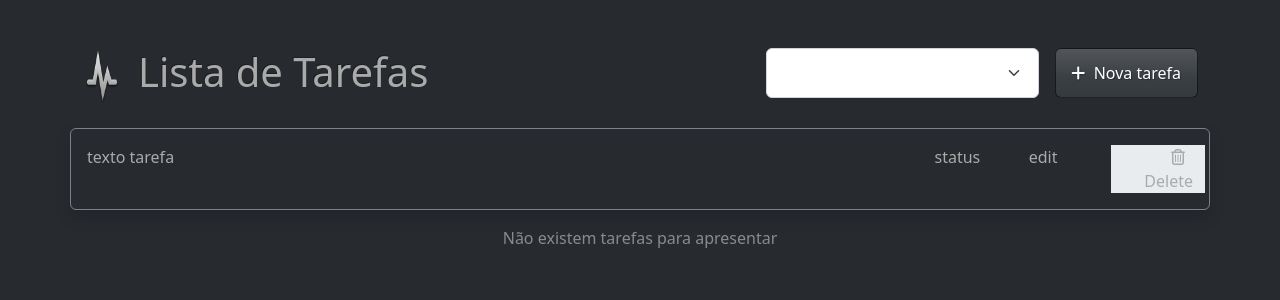
Repository: cargugati/lista_tarefas
Page: frontEnd/index.html
An editor plug-in stored every save of this project. The page is shown before and after the next save, followed by the edit.
The browser window is 1280 px wide. The pictures show the whole page.

Above is the page before, as saved 2023-03-18 21:06:36.

After the next save:
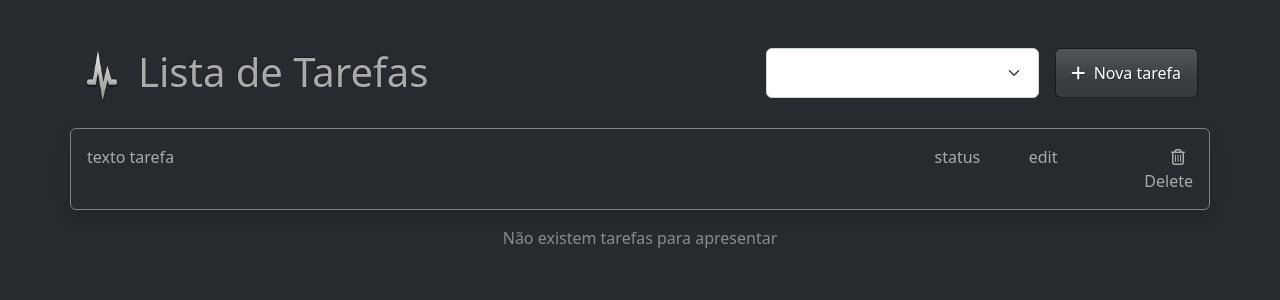
Saved 9 s later.
--- a/frontEnd/index.html
+++ b/frontEnd/index.html
@@ -41,7 +41,7 @@
           <div class="col-9">texto tarefa</div>
           <div class="col-1">status</div>
           <div class="col-1">edit</div>
-          <div class="col-1 bg-light text-end"><i class="fa-regular fa-trash-can me-2"></i>Delete</div>
+          <div class="col-1 text-end"><i class="fa-regular fa-trash-can me-2"></i>Delete</div>
         </div>
       </div>
     </div>
